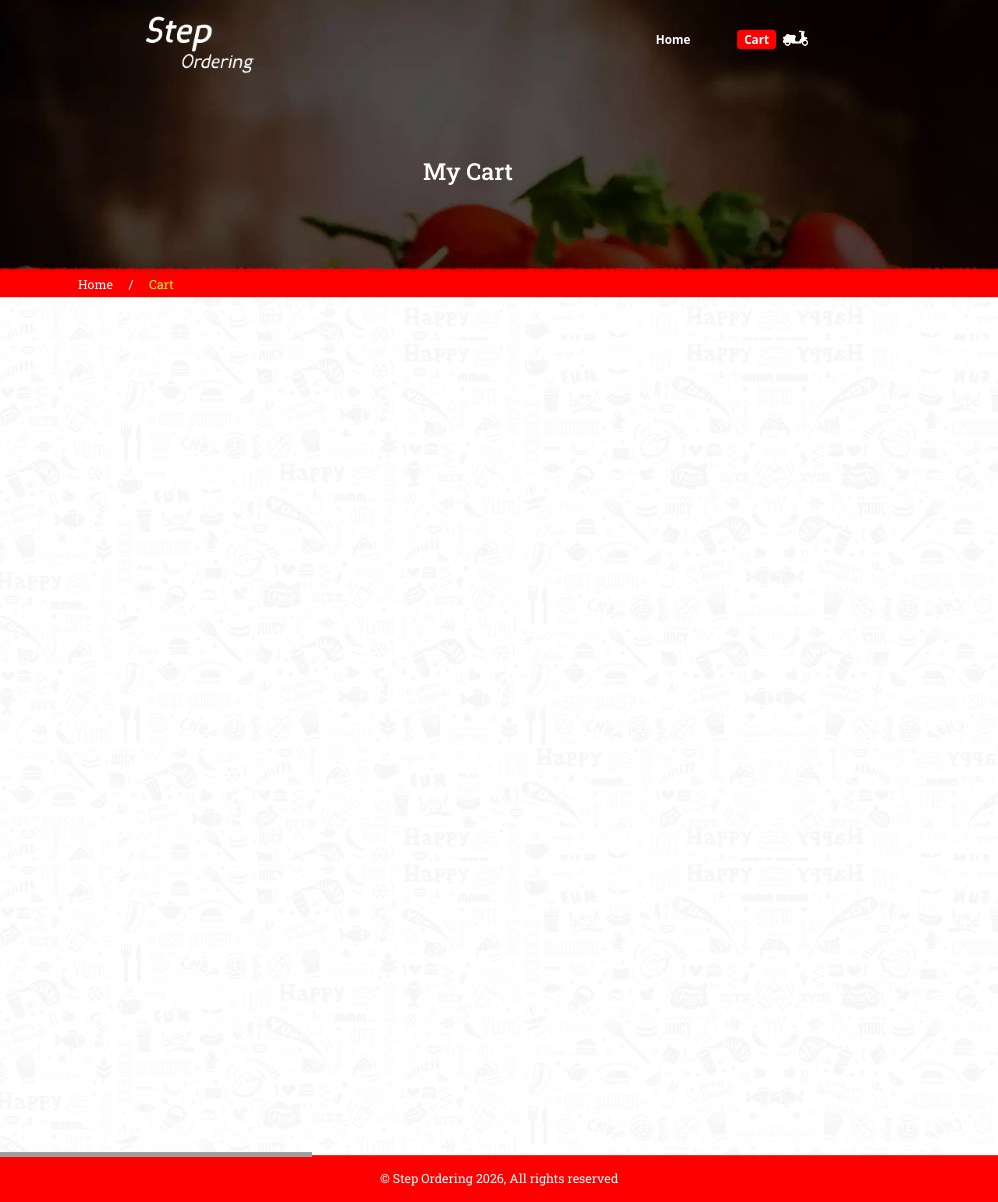
Repository: anastasia29-step/OnlineRestaurant
Page: cart/cart.html
An editor plug-in stored every save of this project. The page is shown before and after the next save, followed by the edit.
The browser window is 1280 px wide. The pictures show the whole page, at 78% of full size.
Pictures or frames that could not be fetched are drawn as grey boxes. The page's requests for data from a server got no answer. Some web libraries are served in a nearby version.

Above is the page before, as saved 2026-03-12 17:56:46.

After the next save:
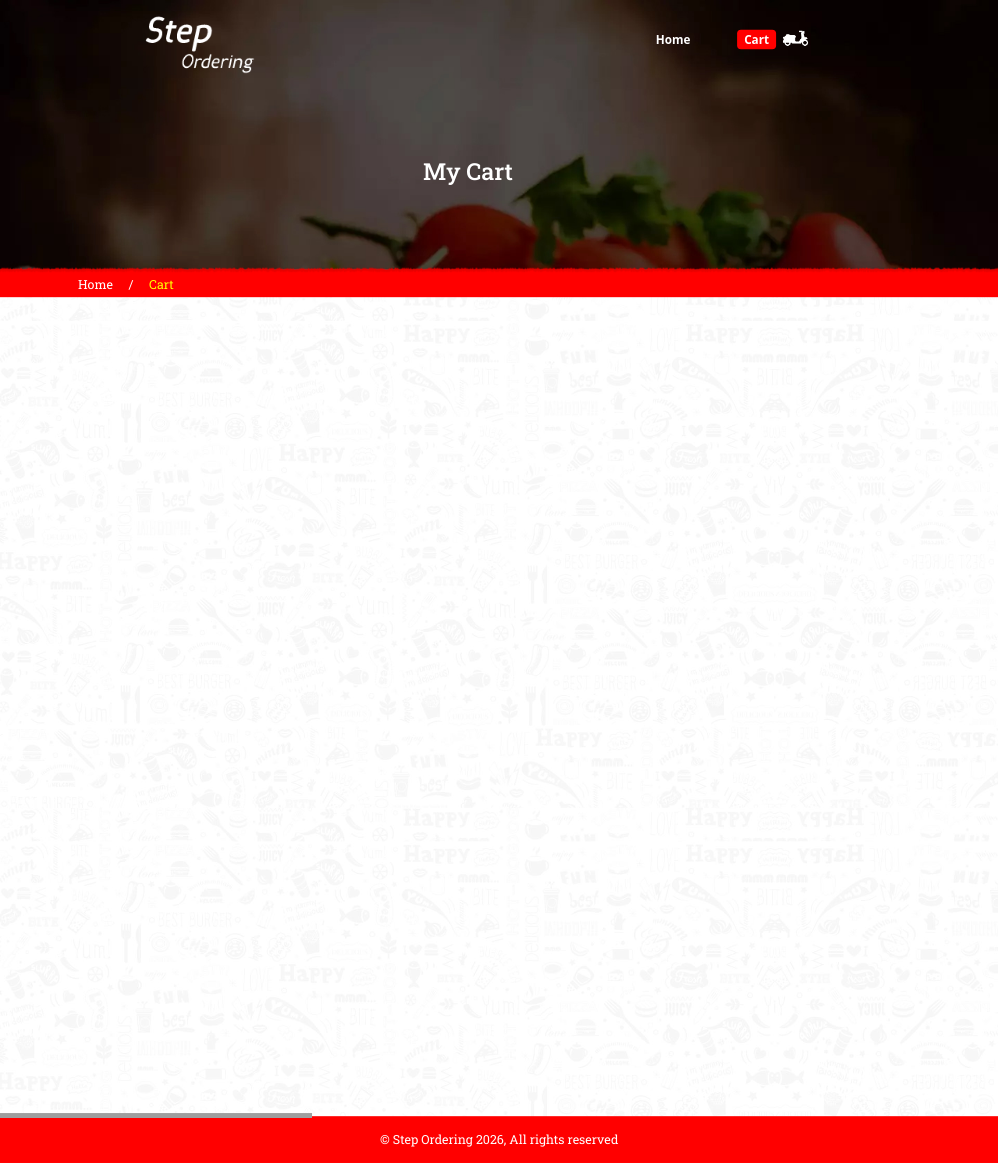
Saved 57 s later.
--- a/cart/cart.css
+++ b/cart/cart.css
@@ -49,7 +49,7 @@
 .secondimg img {
     width: 100%;
     height: 7px;
-    padding-bottom: 100px;
+    padding-bottom: 50px;
 }
 ul {
     padding: 40px;
